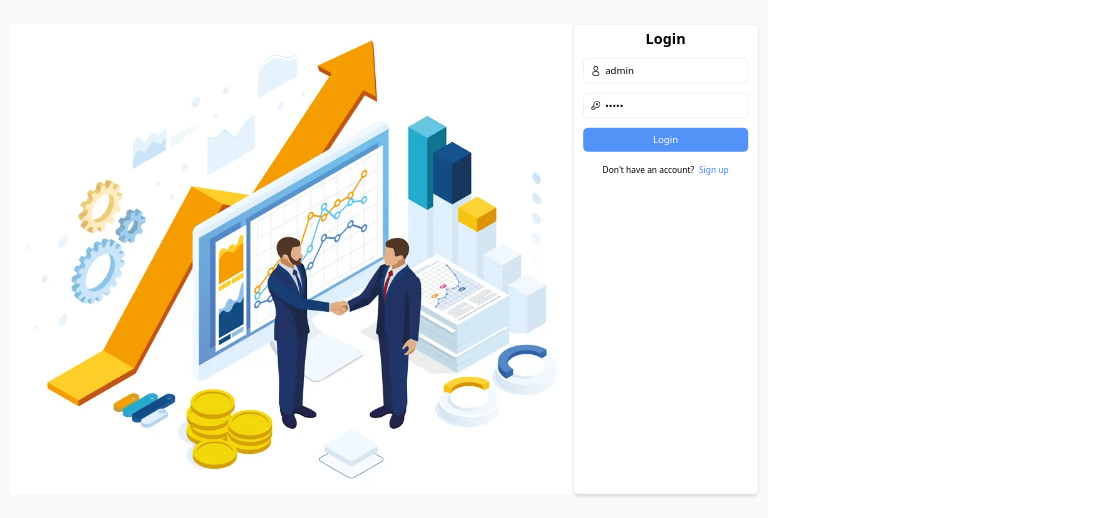
Repository: Fortivera/yourestate
Page: /
An editor plug-in stored every save of this project. The page is shown before and after the next save, followed by the edit.
The browser window is 1280 px wide. The page is 1280 px wide, then 1840 px, so the pictures cover 1840 px, including what lies to the right of the window. The pictures show the whole page, at 60% of full size.
The project was rebuilt for these pictures with package versions that can differ from the ones it lists, and the page was loaded fresh each time. The framework's server and built-in components were replaced by stand-ins that run in the browser. Also part of the build but not shown: next.config.js.

Above is the page before, as saved 2023-11-02 14:28:53.

After the next save:
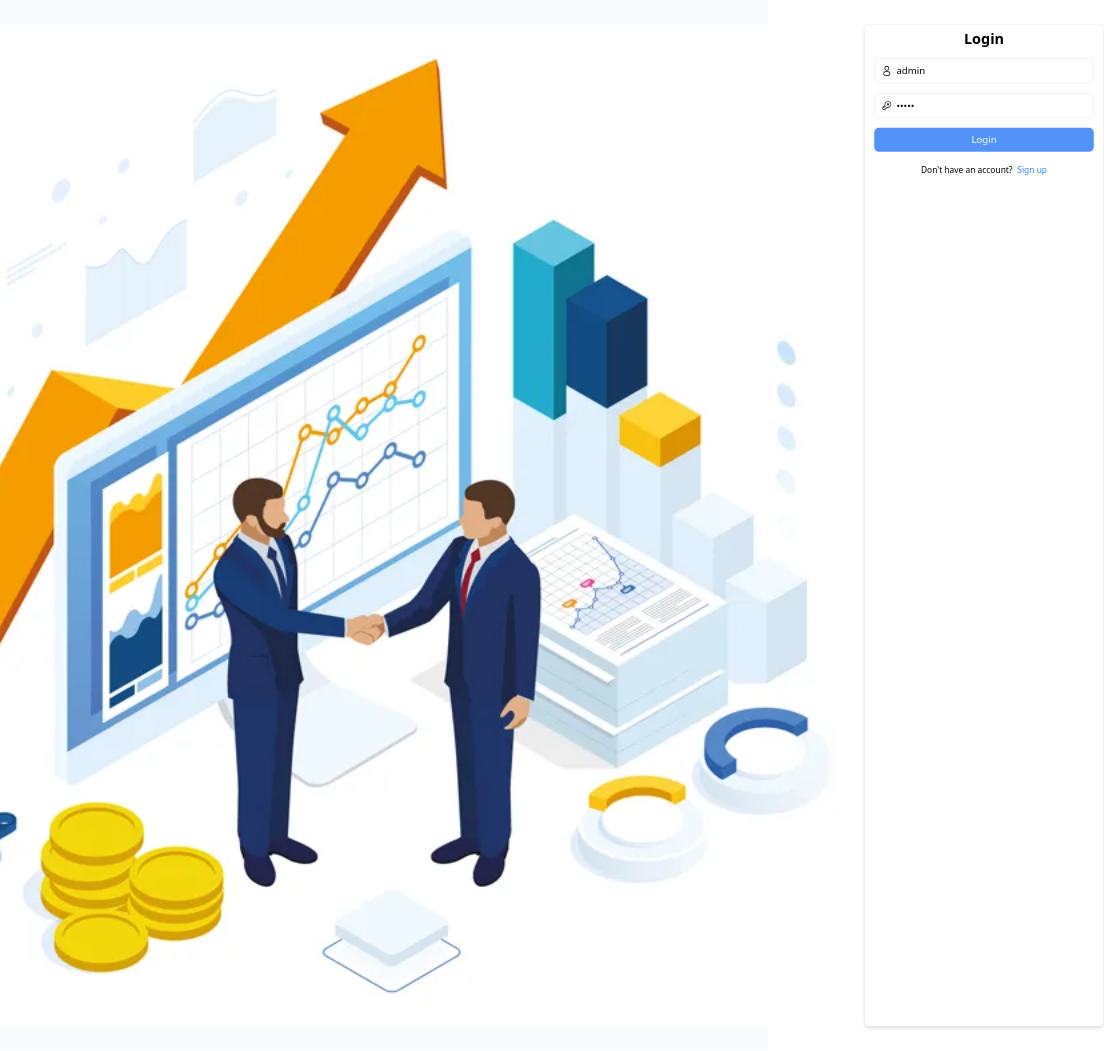
Saved 64 s later.
--- a/src/app/page.tsx
+++ b/src/app/page.tsx
@@ -8,7 +8,7 @@ export default function Login() {
     <div className="min-h-screen bg-gray-50 flex items-center justify-center">
       <div className="flex justify-center w-full px-4 py-10 tablet:w-[540px] laptop:w-full">
         <div className="flex laptop:flex-row tablet:flex-col mobile:flex-col">
-          <figure className="h-full w-full  ">
+          <figure className=" w-[2000px]  ">
             <Image src="/static/growth.jpg" alt="login page picture" layout="responsive" width={500} height={700} className={""} />
           </figure>
           <div className="w-[400px] px-4 pb-8 pt-2 bg-white border rounded-lg shadow-md">
